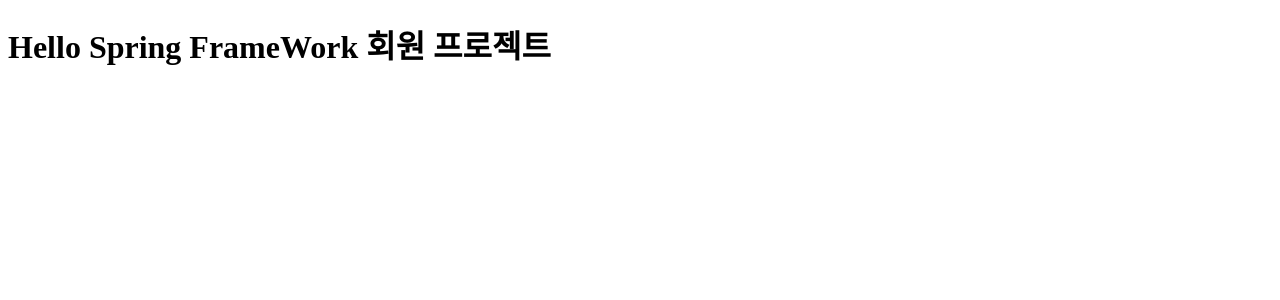
Repository: skrnldudna1/Spring
Page: http://localhost/member_framework/
The author's editor kept a copy of each file at every save. The page is drawn from the files as they stood at one save, then again after the next save.
The browser window is 1280 px wide. The pictures show the whole page.
The page is served by Tomcat 9. Other server files are loaded and not shown.

Above is the page before, as saved 2024-12-02 01:49:33.

### 회원관리프로그램 실습중(ing)/member_framework/src/main/webapp/WEB-INF/views/index.jsp
<%@ page language="java" contentType="text/html; charset=UTF-8"
    pageEncoding="UTF-8"%>

<!DOCTYPE html>
<html>
<head>
<meta charset="UTF-8">
<title>회원관리 프로젝트</title>
</head>
<body>
<h1>Hello Spring FrameWork 회원 프로젝트</h1>

</body>
</html>

After the next save:
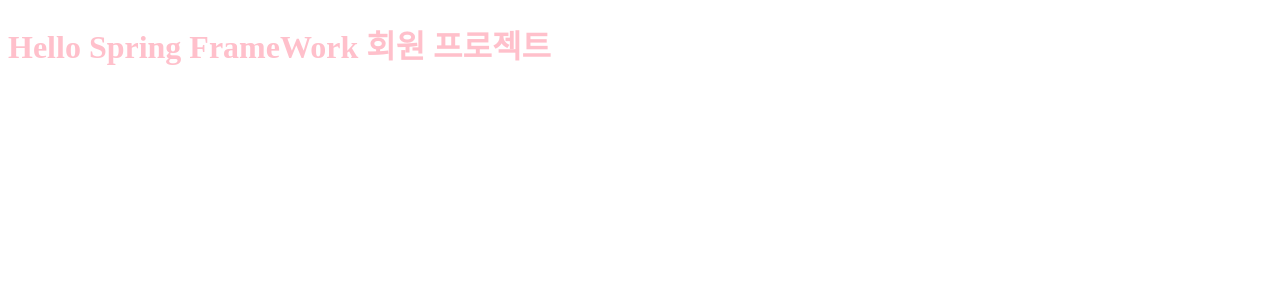
Saved 14 s later.
--- a/회원관리프로그램 실습중(ing)/member_framework/src/main/webapp/WEB-INF/views/index.jsp
+++ b/회원관리프로그램 실습중(ing)/member_framework/src/main/webapp/WEB-INF/views/index.jsp
@@ -8,7 +8,7 @@
 <title>회원관리 프로젝트</title>
 </head>
 <body>
-<h1>Hello Spring FrameWork 회원 프로젝트</h1>
+<h1 style="color: pink;">Hello Spring FrameWork 회원 프로젝트</h1>
 
 </body>
 </html>
